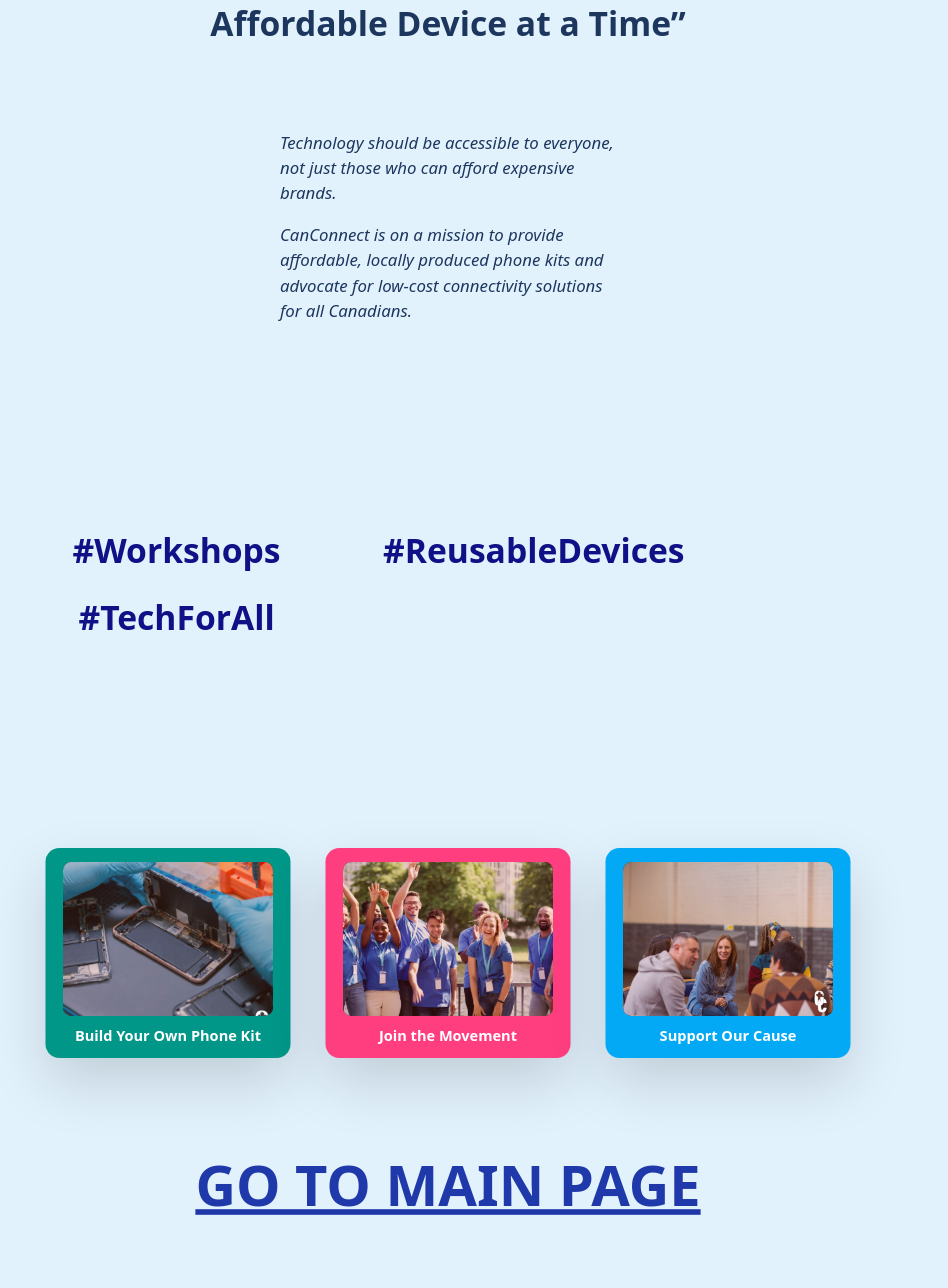
Repository: katelynyew/communityWebsite
Page: index.html
These files come from the project's save history. The page is drawn as it stood at one moment and after a run of saves; the edit follows.
The browser window is 1280 px wide. The page is 1354 px wide, so the pictures cover 1354 px, including what lies to the right of the window. The pictures show the part of the page from y = 2609 to 4449 px (the page is 4449 px tall before and 4354 px after), at 70% of full size.
Some web fonts or font styles are not loaded; a fallback is used. Some web libraries are served in a nearby version.

Above is the page before, as saved 2025-04-03 04:52:27.

After the next 3 saves:
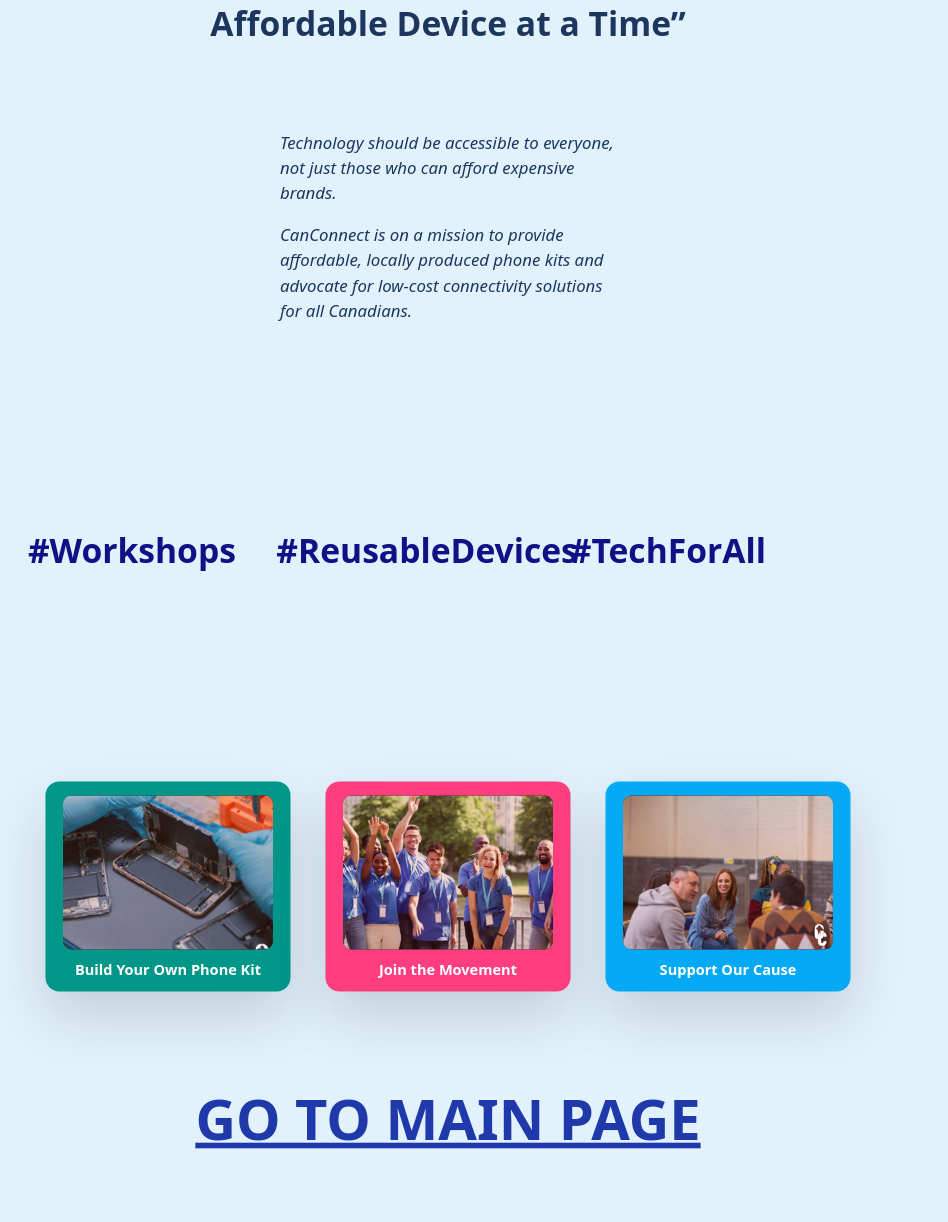
The 3 saves are shown as one change because they came seconds apart.
The last was saved 16 s later.
--- a/style.css
+++ b/style.css
@@ -229,7 +229,7 @@
 }
 
 .row    .tags{
-    width: calc(40% - 10px); /* Makes each p take up 50% of the width minus the gap */
+    width: calc(30% - 10px); /* Makes each p take up 50% of the width minus the gap */
     padding: 10px; /* Padding inside each p tag */
     text-align: center;
     font-size: 3rem;
